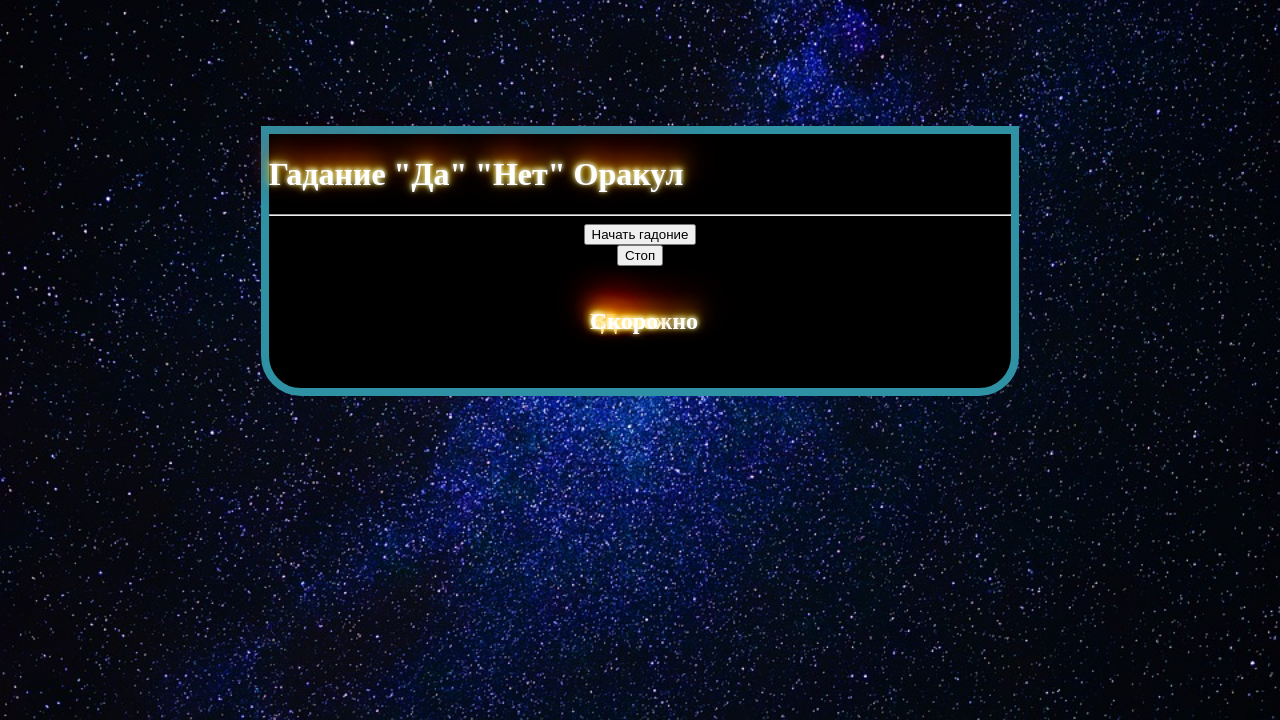
Repository: vadhub/JSP-Service
Page: http://localhost/JSPage/
An editor plug-in stored every save of this project. The page is shown before and after the next save, followed by the edit.
The browser window is 1280 px wide. The pictures show the whole page.
The page is served by Tomcat 9. Other server files are loaded and not shown.

Above is the page before, as saved 2019-07-23 09:26:14.
Console error: ReferenceError: docement is not defined

### JSPage/WebContent/index.jsp
<%@page import="java.io.PrintWriter"%>
<%@ page language="java" contentType="text/html; charset=UTF-8" pageEncoding="UTF-8"%>
<!DOCTYPE html>
<html>
<head>
<meta charset="UTF-8">
<title>Service</title>

<link rel="stylesheet" href="${pageContext.request.contextPath}/styles.css">
<script type="text/javascript" src="${pageContext.request.contextPath}/scripts.js"></script>

</head>
<body>
<div class=cont>
<h1>Гадание "Дa" "Нет"     Оракул</h1>

<hr/>
<%!String answers[] = {"Да", "Нет", "Возможно", "Скоро"}; %>
<%!int i = (int) (Math.random()*4); %>


<center>
 <form method="post">
 <input type="submit" name="button1" value="Начать гадоние"/>

 </form>
 <input type="submit" name="but" value="Стоп" onclick="anima.nextElementSibling.classList.toggle('paused');" id="stopbtn"/>
<div>
 	<div class="loader" id="anima">
 	 <span><h2>Да</h2></span>
  	<span><h2>Нет</h2></span>
  	<span><h2>Возможно</h2></span>
  	<span><h2>Скоро</h2></span>

  	<h1><%if(request.getParameter("button1") != null){ %>
		<%= answers[i]%>
		<%}%>
	</h1>
	</div>
</div>
<center/>

</div>
</body>
</html>

### JSPage/WebContent/styles.css
h1{

	color: #FFFFFF;
	background: #000;
	text-shadow: 0 -1px 4px #FFF, 0 -2px 10px #ff0, 0 -10px 20px #ff8000, 0 -18px 40px #F00;
}


div.cont{
	margin-top:10%;
	margin-bottom:-5%;
	margin-left:20%;
	margin-right:20%;
	border: 8px solid #2E91A4;
	border-radius: 0px 0px 40px 40px;
	background: #000;
}


@keyframes loader {
  0% {transform:rotate(0deg)}

  100%{transform:rotate(0deg)}}
@keyframes span-1 {
  0% {transform:translate(100px);}
  50% {transform:translate(50px);}
  100%{transform:translate(0);}}
@keyframes span-2 {
   0% {transform:translate(0px, 50px);}
  50% {transform:translate(0, 20px);}
  100%{transform:translate(0);}}
@keyframes span-3 {
   0% {transform:translate(0px, -50px);}
  50% {transform:translate(0, -20px);}
  100%{transform:translate(0);}}
@keyframes span-4 {
  0% {transform:translate(-100px);}
  50% {transform:translate(-50px);}
  100%{transform:translate(0);}}


.loader {
  width: 100px;
  height: 100px;
  position: relative;
  animation: loader 2s infinite ease-in-out;
  color: #FFFFFF;
  text-shadow: 0 -1px 4px #FFF, 0 -2px 10px #ff0, 0 -10px 20px #ff8000, 0 -18px 40px #F00;
}

.loader span {
  width: 50px;
  height: 50px;
  position: absolute;
  left: 0;
  top: 0;
}
.loader span:nth-child(1) {
 	animation: span-1 5s ease-in-out;
}
.loader span:nth-child(2) {
  animation: span-2 5s ease-in-out;
}
.loader span:nth-child(3) {
  animation: span-3 5s ease-in-out;
}
.loader span:nth-child(4) {
  animation: span-4 5s ease-in-out;
  }

body{
	background: url(0.jpg) no-repeat;
    -moz-background-size: 100%; /* Firefox 3.6+ */
    -webkit-background-size: 100%; /* Safari 3.1+ è Chrome 4.0+ */
    -o-background-size: 100%; /* Opera 9.6+ */
    background-size: 100%; /* Ñîâðåìåííûå áðàóçåðû *
}

### JSPage/WebContent/scripts.js
docement.getElementById("stopbtn").addEventListener("click", function() {
	docement.getElementById("anima").style.animation = "";
})

After the next save:
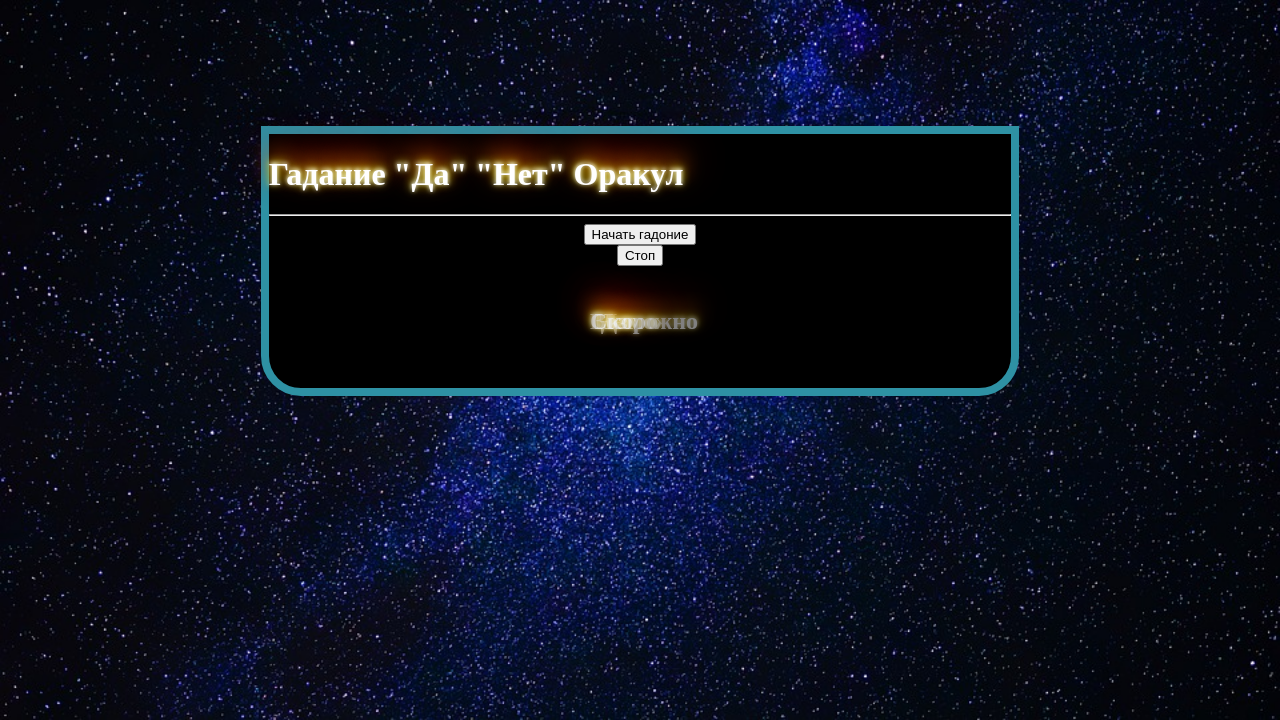
Saved 2 min 14 s later.
--- a/JSPage/WebContent/styles.css
+++ b/JSPage/WebContent/styles.css
@@ -54,6 +54,7 @@
   position: absolute;
   left: 0;
   top: 0;
+   opacity: 0.5
 }
 .loader span:nth-child(1) {
  	animation: span-1 5s ease-in-out;

After the 3 saves that followed:
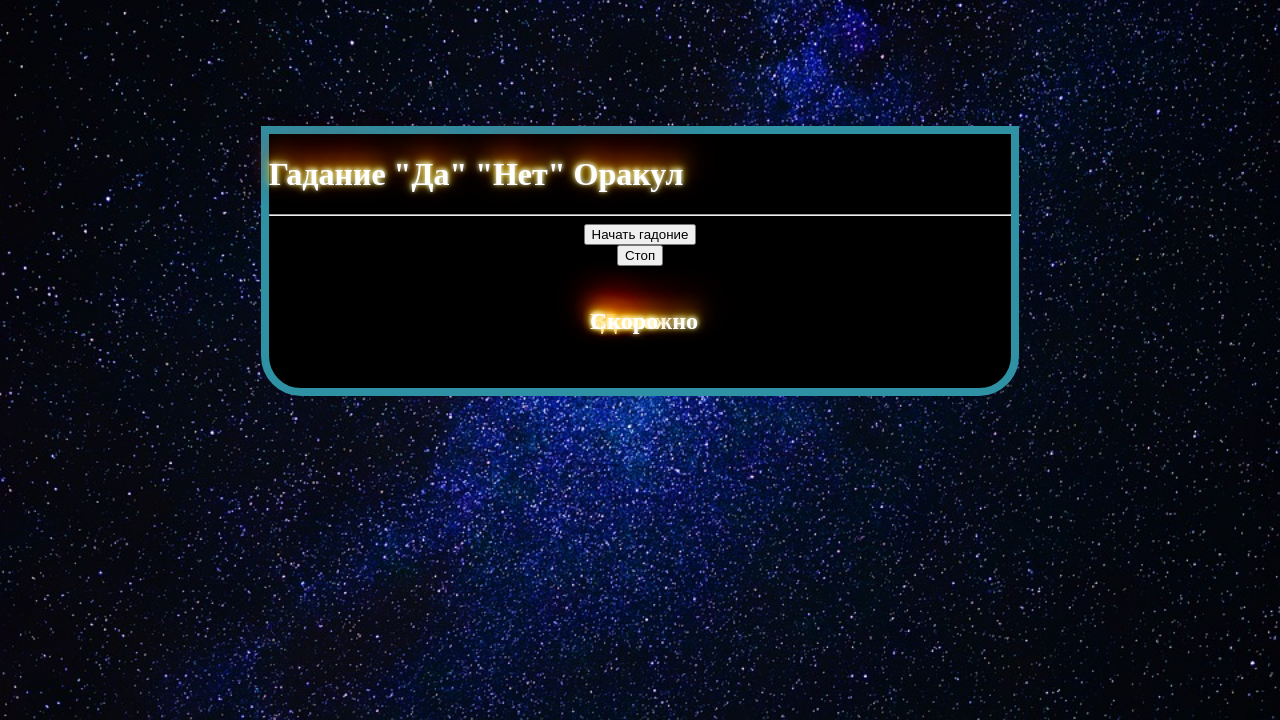
The 3 saves are shown as one change because 2 left the picture as it was.
The last was saved 56 s later.
--- a/JSPage/WebContent/styles.css
+++ b/JSPage/WebContent/styles.css
@@ -54,7 +54,7 @@
   position: absolute;
   left: 0;
   top: 0;
-   opacity: 0.5
+
 }
 .loader span:nth-child(1) {
  	animation: span-1 5s ease-in-out;
